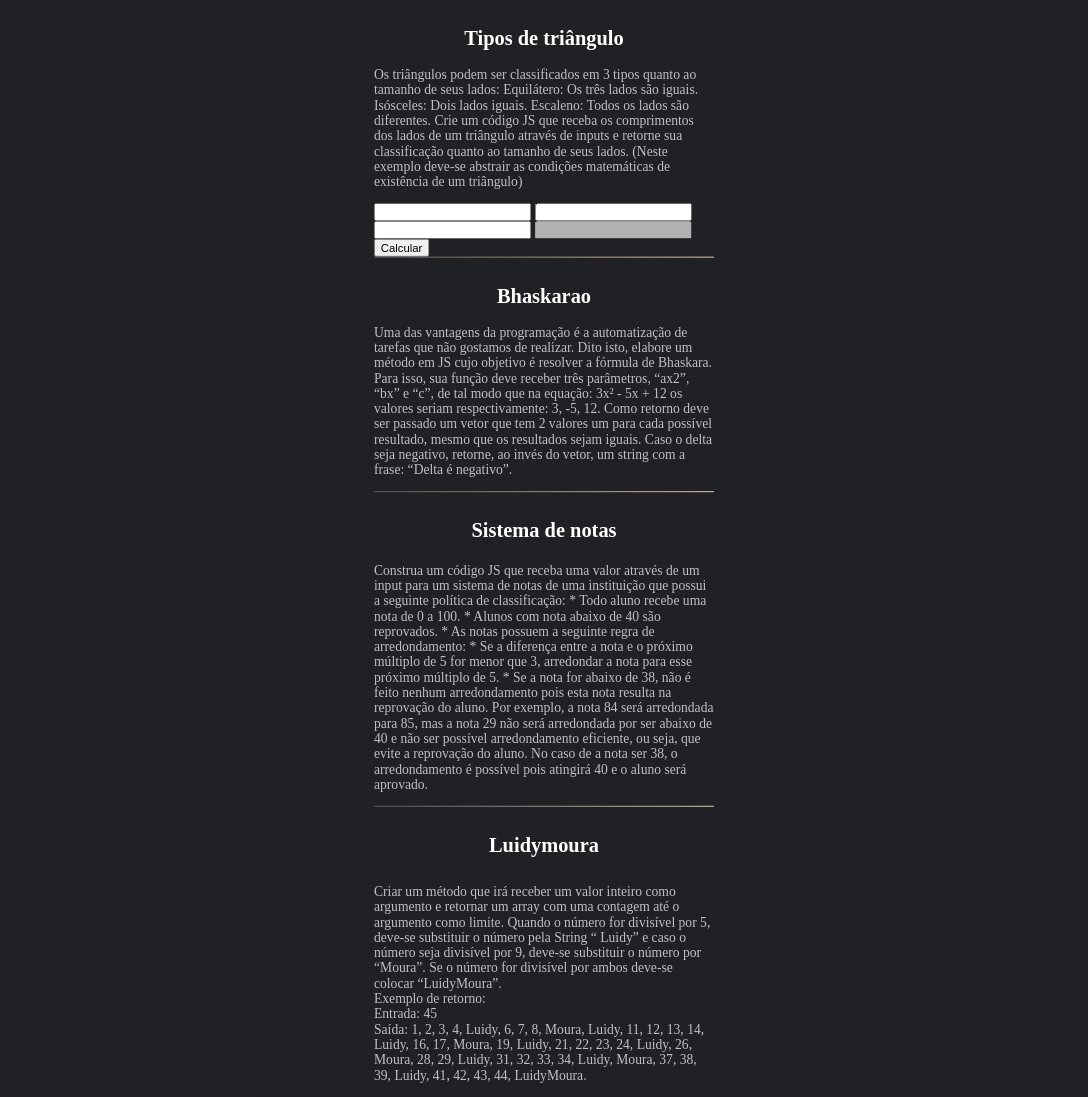
Repository: viviij/Fun-es-Simples-JavaScript
Page: index.html
The author's editor kept a copy of each file at every save. The page is drawn from the files as they stood at one save, then again after the next save.
The browser window is 1280 px wide. The pictures show the whole page, at 85% of full size.

Above is the page before, as saved 2022-08-26 02:44:13.
Console error: TypeError: Cannot set properties of null (setting 'onclick')

After the next save:
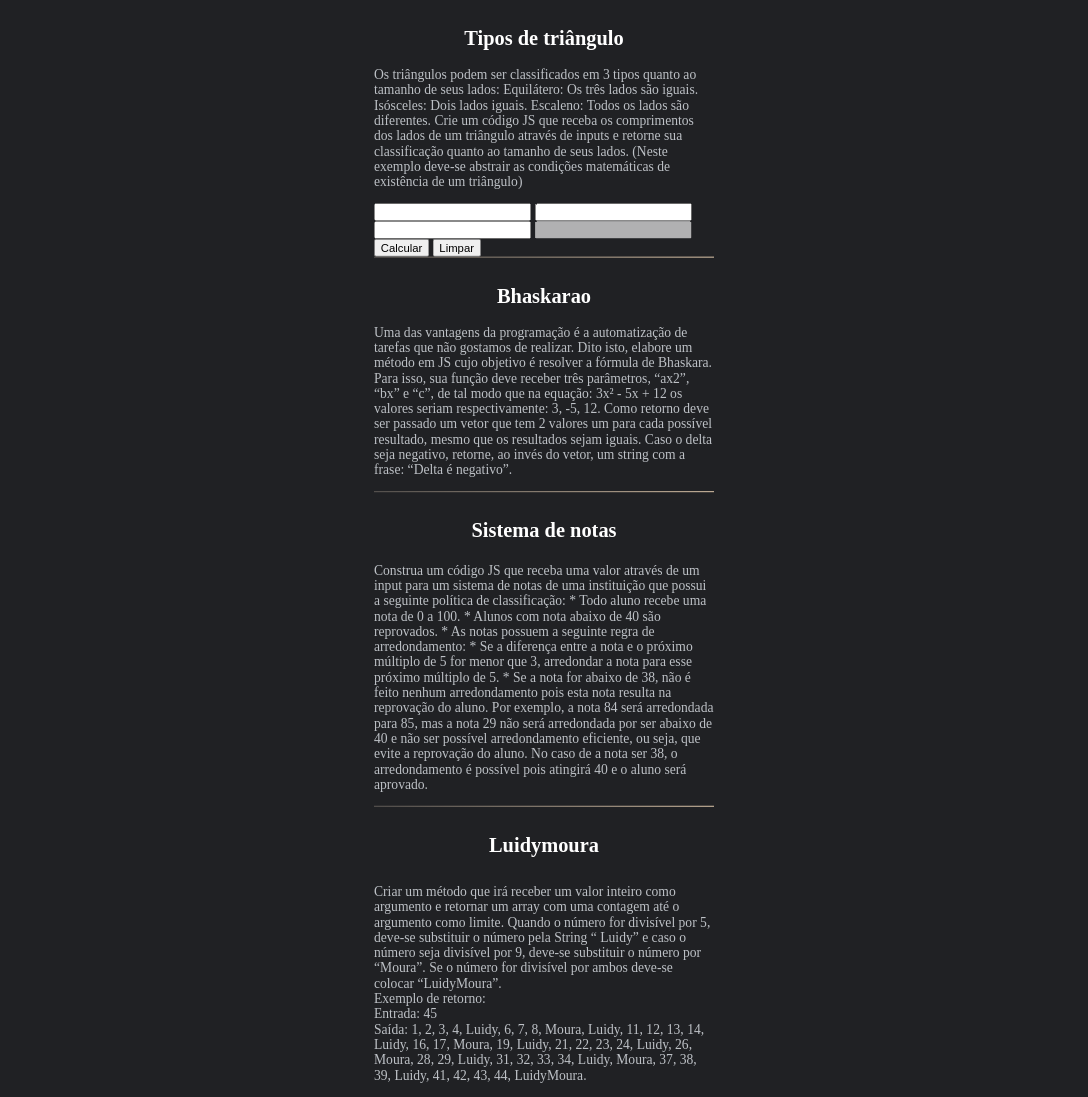
Console error: TypeError: Cannot set properties of null (setting 'onblur')
Saved 4 s later.
--- a/index.html
+++ b/index.html
@@ -31,6 +31,7 @@
           <input type="text" name="tipoDeTriangulo" id="tipoDeTriangulo" disabled/>
 
           <button id="calculoTriangulo">Calcular</button>
+          <button id="limparInputBotao">Limpar</button>
         </div>
       </section>
 
